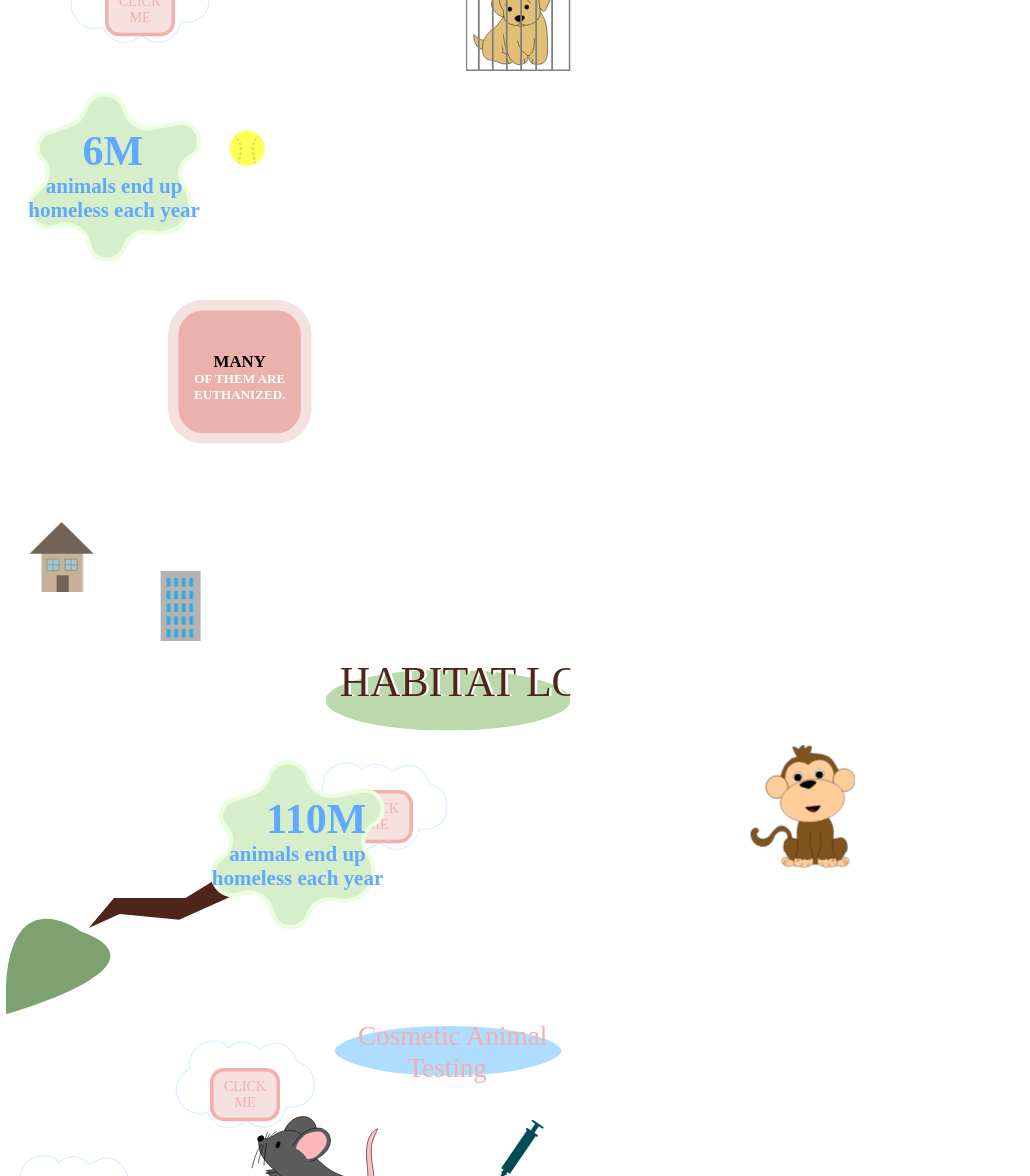
Repository: SoleilDagneau/MDIA2109Midterm
Page: index.html
The author's editor kept a copy of each file at every save. The page is drawn from the files as they stood at one save, then again after a run of saves.
The browser window is 1280 px wide. The page is 1472 px wide, so the pictures cover 1472 px, including what lies to the right of the window. The pictures show the part of the page from y = 314 to 1994 px (the page is 3590 px tall), at 70% of full size.
Some web fonts or font styles are not loaded; a fallback is used.

Above is the page before, as saved 2022-03-03 19:50:21.
Console error: TypeError: Cannot set properties of null (setting 'innerText')

After the next 2 saves:
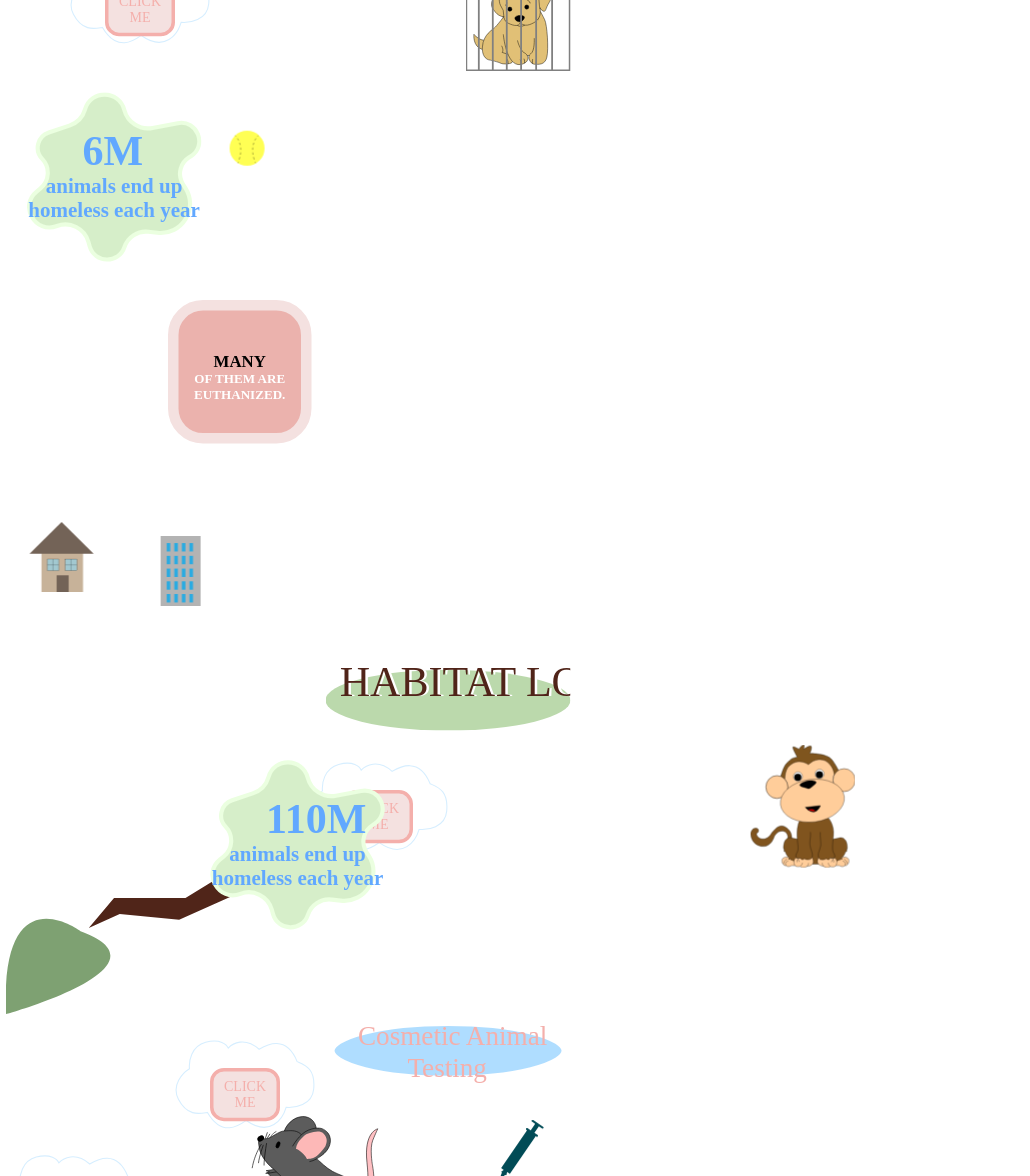
The 2 saves are shown as one change because they came seconds apart.
The last was saved 7 s later.
--- a/styles.css
+++ b/styles.css
@@ -47,7 +47,7 @@
     display:flex;
     position:relative;
     left:200px;
-    top:-30px;
+    top:-80px;
 
 }
 
